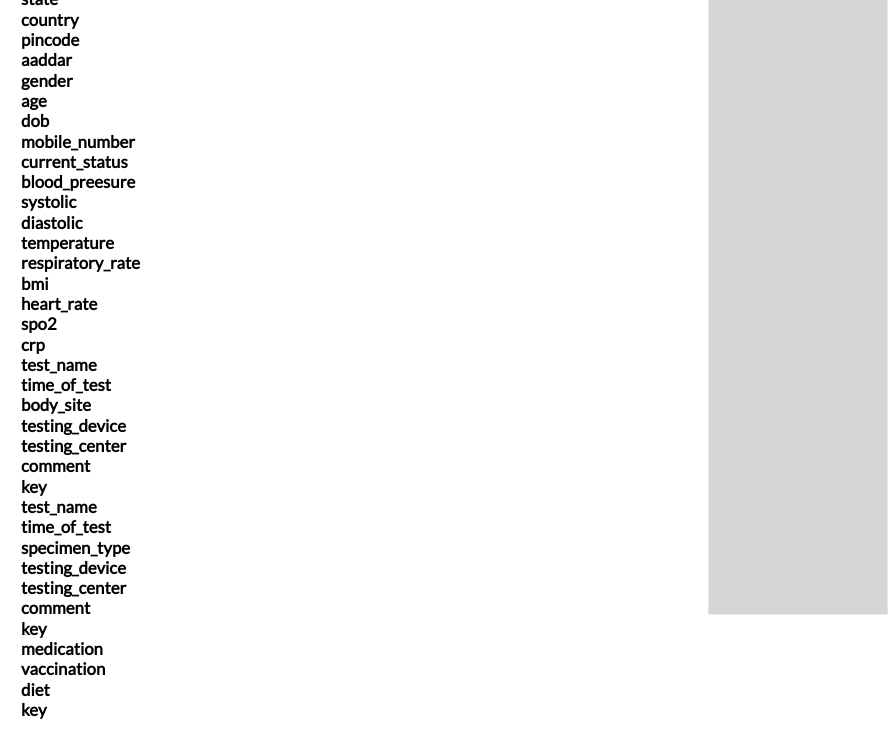
Repository: Architjain128/df
Page: /add
These files come from the project's save history. The page is drawn as it stood at one moment and after the next save; the edit follows.
The browser window is 1280 px wide. The pictures show the part of the page from y = 484 to 2404 px (the page is 1550 px tall before and 2797 px after), at 70% of full size.
The project was rebuilt for these pictures with package versions that can differ from the ones it lists, and the page was loaded fresh each time. Also part of the build but not shown: src/App.css, src/dftable.js, src/dataForm.js.

Above is the page before, as saved 2021-06-25 17:28:12.

### src/addDataForm.js
import React , {Component} from 'react';
import './dataForm.css';
import { Button,TextField } from '@material-ui/core';
import CreateOutlinedIcon from '@material-ui/icons/CreateOutlined';
import TreeData from './grace.json'






class AddDataForm extends Component{
    constructor(props){
        super(props);
        this.state={
            form_name:'',
            description:'',
            tree:"<h2>txfgvhbj</h2>",
        }
        this.listit=this.listit.bind(this)
        this.fetch_child=this.fetch_child.bind(this)
    }
    listit=(data,level)=>{
        var ro=[]
        for (var c in data) {
            ro.push(<h2>{data[c]['name']}</h2>);
            console.log(data[c]['name'])
        }
        return ro
    }

    fetch_child=(datas)=>{
        var finalrow=[]
        for(let data in datas){
            console.log(datas[data]["parameters"])
            finalrow.push(this.listit(datas[data]["parameters"],0))
        }
        this.setState({tree:finalrow})
    }
    componentDidMount(){
        this.fetch_child(TreeData)
    }
    render(){
        return (
            <>
                <div className="dataform">
                    <div className='df-create-section'>
                        <div className='df-form-gen'>
                            <div className="df-title">Add Form</div>
                            <div className="df-subtitle">Form Essentials</div>
                            <div className="df-description" >Fill the listed field which will help you to identify this form later</div>
                            <div className="df-form-ess">
                                <TextField id="outlined-basic" label="Form Name" variant="outlined" /><br/>
                                <TextField id="outlined-basic-large" label="Description" variant="outlined"/>
                                <div className="df-create2"><Button variant="contained" color="primary" startIcon={<CreateOutlinedIcon />}> Create </Button></div>
                                <div className="df-create2"><Button variant="contained" href='/' color="secondary" startIcon={<CreateOutlinedIcon />}> Discard </Button></div>
                            </div>
                            <div className="df-subtitle">Add fields</div>
                            <div className="df-description" >choose the listed fields which will be the part of form created</div>
                            <div className="df-create-section">
                                <div className="df-dnd">
                                    {this.state.tree}
                                </div>
                            </div>
                        </div>
                        <div className="df-form-pre-con">
                            <div className='df-form-pre'>

                            </div>
                        </div>
                    </div>
                    <div className="df-end" ></div>
                    <div className="df-footer" ></div>

                </div>
            </>
            );
        }
}

export default AddDataForm;

### src/dataForm.css
@import url('https://fonts.googleapis.com/css2?family=Lato&display=swap');

* {
  box-sizing: border-box;
  margin: 0;
  padding: 0;
  font-family: 'Lato', sans-serif;
}

.dataform {
  padding-left: clamp(10px,30px,5%);
  padding-top: clamp(5px,10px,3%);
  display:block;
  /* height: 90vh; */
  /* align-items: center; */
  justify-content: left;
}
.df-title{
  letter-spacing: 2px;
  font-size: clamp(1.8rem, 2.5vw, 2.8rem);
  color:#101d66;
  font-weight: bolder;
  padding-left:2%;
  padding-right:10%;
  margin-bottom: 2%;
}
.df-subtitle{
    letter-spacing: 1.5px;
    font-size: clamp(1.2rem, 1.5vw, 2rem);
    color:#060b26;
    font-weight: bold;
    padding-left:3%;
    padding-right:10%;
    margin-bottom: 0.2%;
}
.df-description{
    font-size: clamp(0.8rem, 1vw, 1.2rem);
    color:#000000;
    padding-left:3%;
    padding-right:10%;
}
.df-table{
    padding-top:3%;
    padding-bottom:3%;
    padding-left:3%;
    padding-right:10%;
    height: 460px;
}
.df-create-section{
  display: flex;
}
.df-create-section .df-subdes{
  flex-grow: 10;
}
.df-create-section .df-create{
  flex-grow: 0;
}
.df-create-section .df-form-gen{
  flex-grow: 1;
}
.df-create-section .df-form-pre-con{
  flex-grow: 1;
  margin-right: 1%;
}
.df-form-pre{
  background-color: rgb(213, 213, 213);
  height: 90%;
  width: 100%;
}
.df-create{
  /* margin-left: 10%; */
  /* padding: auto; */
  align-items: right;
  justify-content: flex-start;
  display: flex;
  padding-left:3%;
  padding-right:10%;
}
.df-create2{
  /* margin-left: 10%; */
  /* padding: auto; */
  align-items: right;
  justify-content: flex-start;
  display: flex;
  gap: 5px;
}
.df-end{
  padding-top: 3%;
  padding-left: 3%;
}
.df-footer{
  position:absolute;
  padding-left: 3%;
  bottom: 0;
}
.df-form-ess{
  padding: 3%;
  display: flex;
  justify-content: space-around;
}
.df-form-ess TextField{
  flex-grow: 5;
}
.df-form-ess Button{
  flex-grow: 1;
}
#outlined-basic{
  font-size: medium;
  width: 100%;
}
#outlined-basic-large{
  font-size: medium;
  width: 100%;
}
.flex-container {
  /* padding: 0; */
  /* margin: 0; */
  /* list-style: none; */
  /* display: flex; */
  /* justify-content: flex-start; */
}
.flex-item {
  /* padding: 5px; */
  /* width: 60px; */
  /* height: 50px; */
  /* margin: 5px; */
  /* line-height: 50px; */
  /* color: white; */
  /* font-weight: bold; */
  /* font-size: 2em; */
  /* text-align: center; */
}

Loaded but not shown: public/index.html (common file); src/index.js (common file); src/index.css (common file); src/App.js (common file); src/reportWebVitals.js (common file); src/grace.json (566 lines, source omitted)

After the next save:
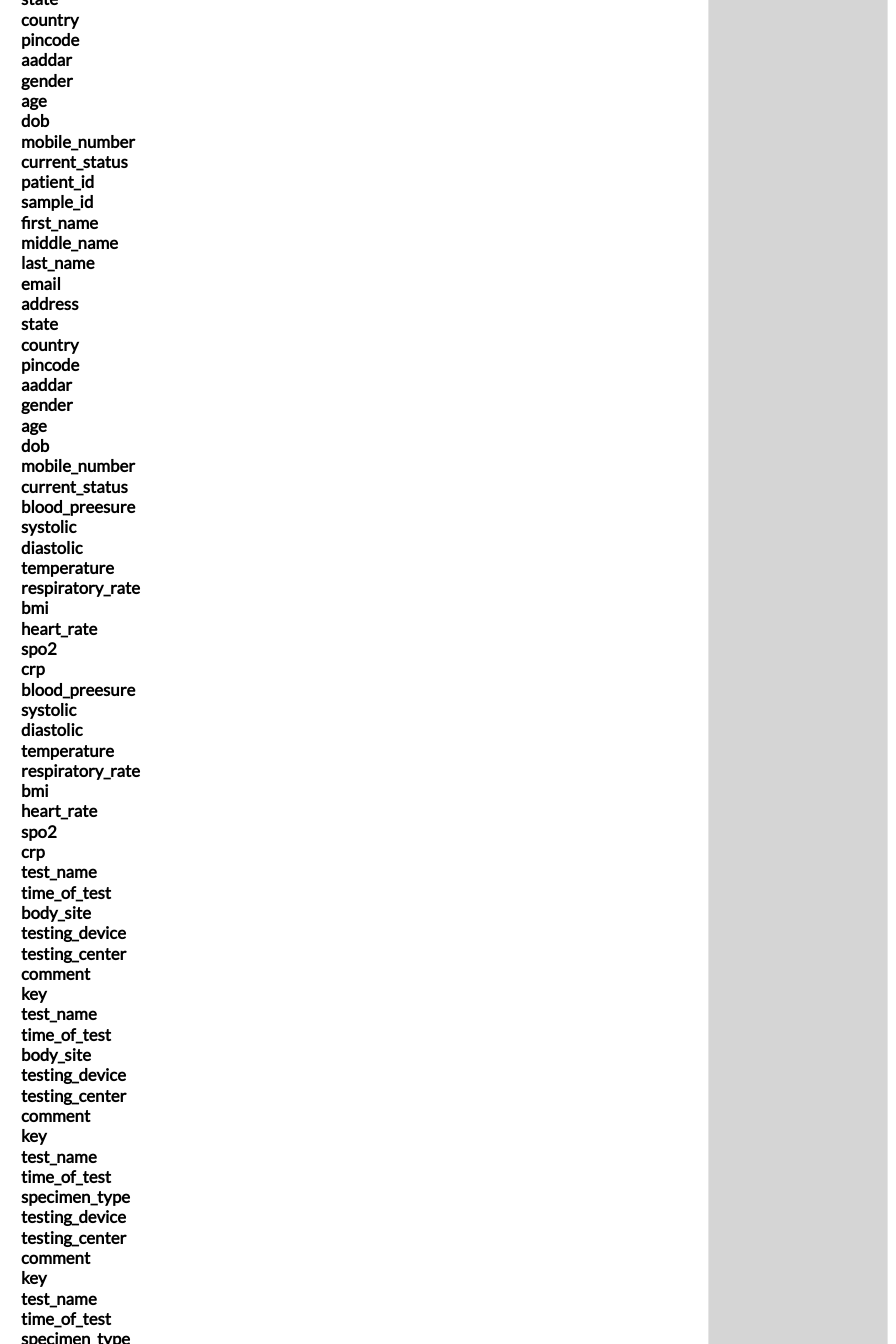
Saved 40 s later.
--- a/src/addDataForm.js
+++ b/src/addDataForm.js
@@ -33,6 +33,7 @@
         var finalrow=[]
         for(let data in datas){
             console.log(datas[data]["parameters"])
+            finalrow.push(this.listit(datas[data]["parameters"],0))
             finalrow.push(this.listit(datas[data]["parameters"],0))
         }
         this.setState({tree:finalrow})

After the save that followed:
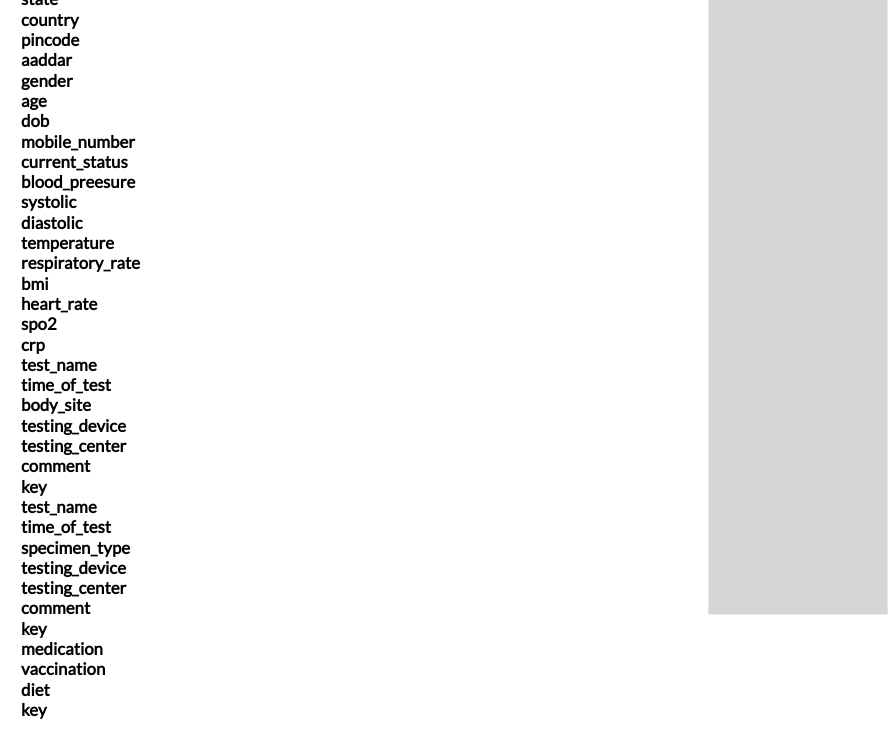
Saved 9 s later.
--- a/src/addDataForm.js
+++ b/src/addDataForm.js
@@ -34,7 +34,7 @@
         for(let data in datas){
             console.log(datas[data]["parameters"])
             finalrow.push(this.listit(datas[data]["parameters"],0))
-            finalrow.push(this.listit(datas[data]["parameters"],0))
+            finalrow.push()
         }
         this.setState({tree:finalrow})
     }
